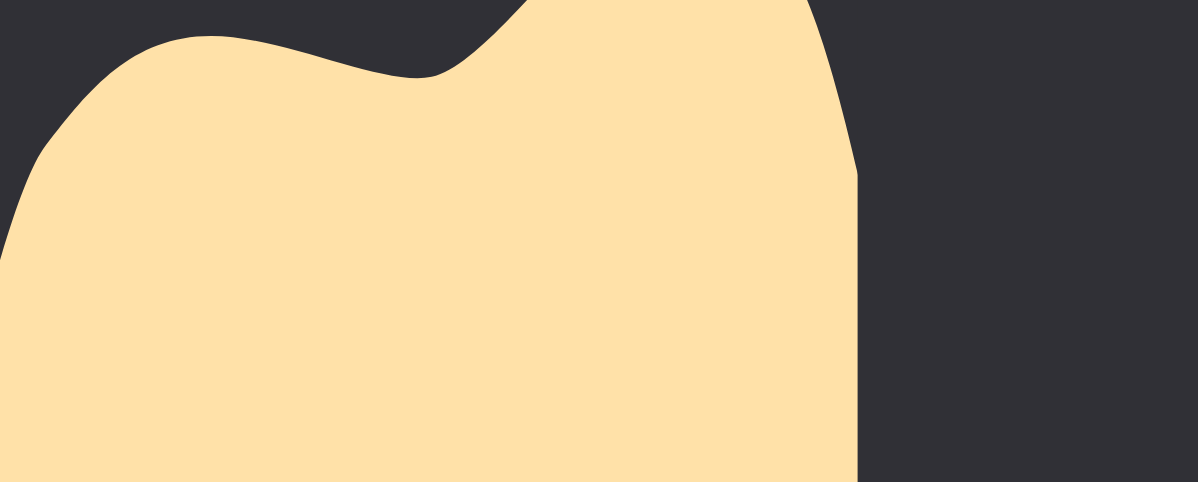
Repository: zhangolivia7/rot-recovery
Page: /
The author's editor kept a copy of each file at every save. The page is drawn from the files as they stood at one save, then again after the next save.
The browser window is 1280 px wide. The page is 1280 px wide, then 1788 px, then 1280 px, so the pictures cover 1788 px, including what lies to the right of the window. The pictures show the whole page, at 67% of full size.
The project was rebuilt for these pictures with package versions that can differ from the ones it lists, and the page was loaded fresh each time. The framework's server and built-in components were replaced by stand-ins that run in the browser. Also part of the build but not shown: next.config.ts.

Above is the page before, as saved 2025-03-26 14:14:34.

After the next save:
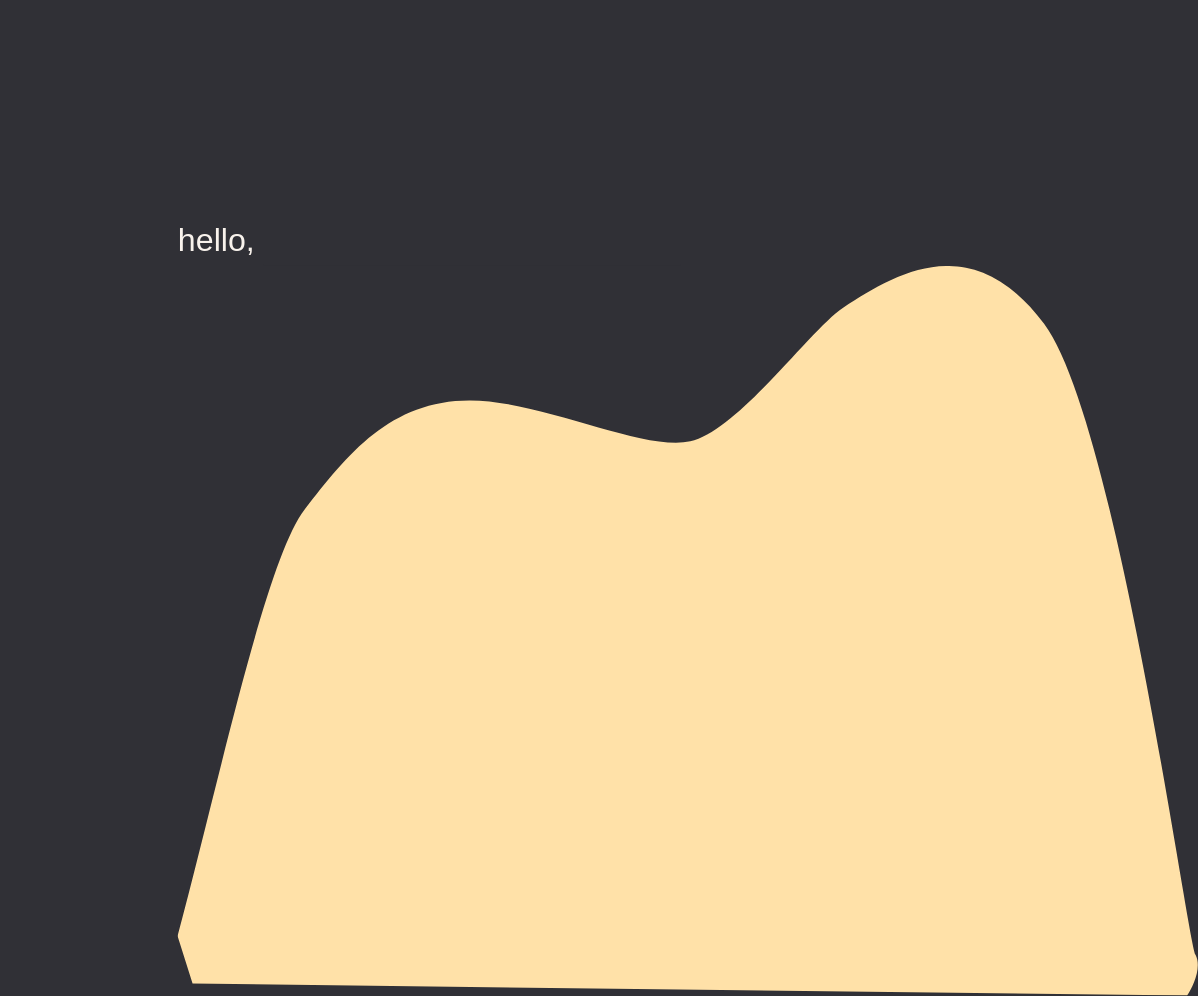
Saved 57 s later.
--- a/src/app/globals.css
+++ b/src/app/globals.css
@@ -68,3 +68,7 @@ h1 {
   flex-direction: column;
   margin: 10px;
 }
+
+#sec1 svg {
+  position: absolute;
+}

After the save that followed:
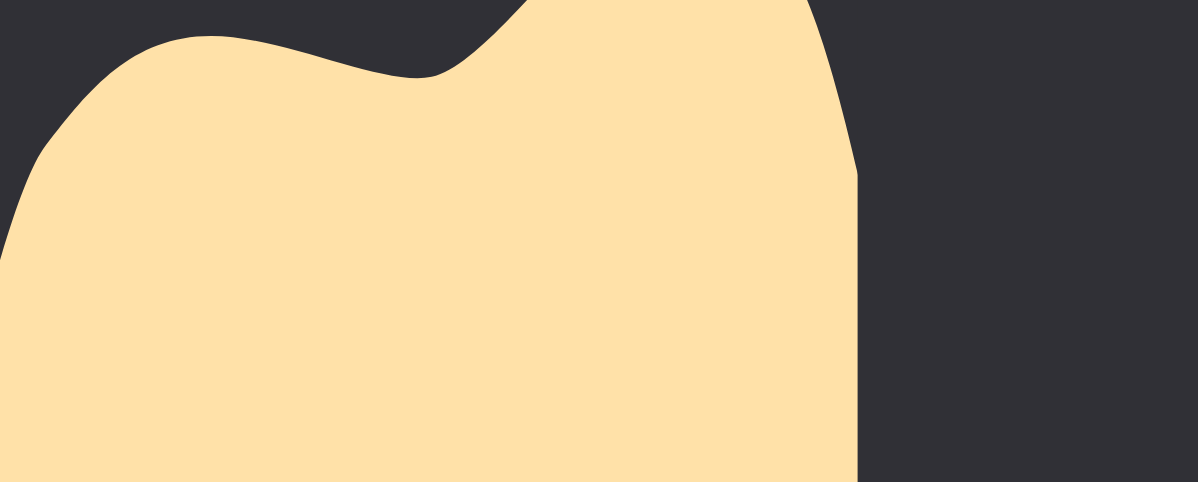
Saved 16 s later.
--- a/src/app/globals.css
+++ b/src/app/globals.css
@@ -70,5 +70,5 @@ h1 {
 }
 
 #sec1 svg {
-  position: absolute;
+  position: relative;
 }
